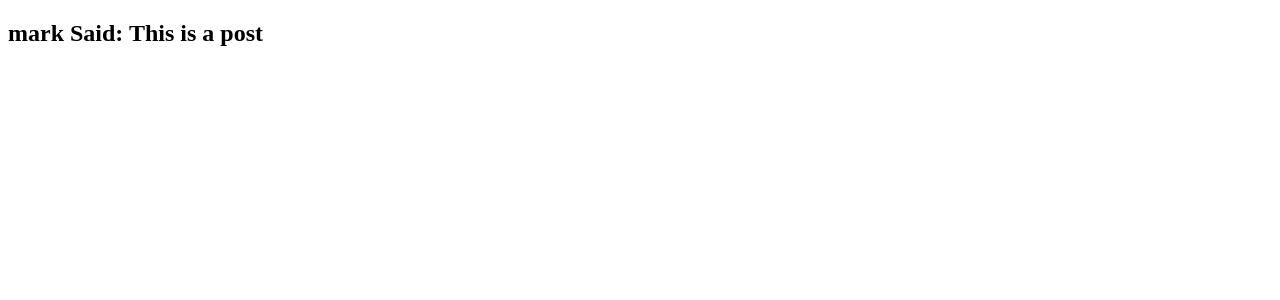
Repository: roslanPaul/social-app
Page: /
The author's editor kept a copy of each file at every save. The page is drawn from the files as they stood at one save, then again after a run of saves.
The browser window is 1280 px wide. The pictures show the whole page.
The project was rebuilt for these pictures with package versions that can differ from the ones it lists, and the page was loaded fresh each time.

Above is the page before, as saved 2019-03-14 12:23:01.

After the next 2 saves:
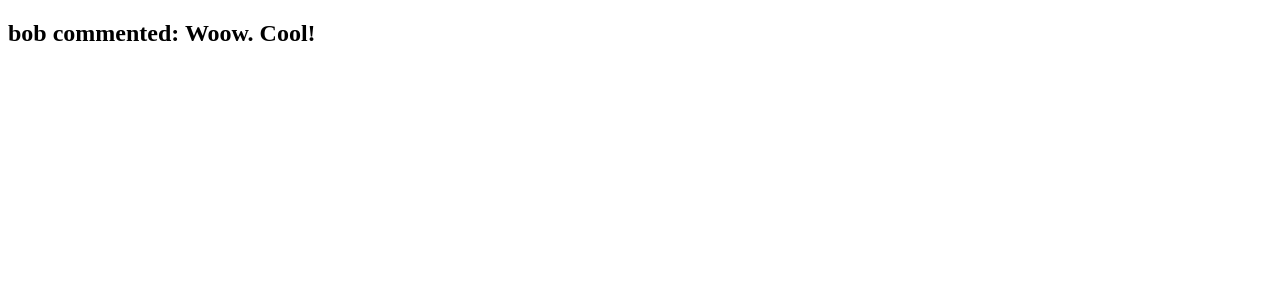
The 2 saves are shown as one change because 1 did not build or start.
The last was saved 96 s later.
--- a/src/index.js
+++ b/src/index.js
@@ -70,17 +70,10 @@
 };
 
 // add the post
-const App = React.createElement(
-    Post, {
-    id: 1,
-    content: ' Said: This is a post',
-    user: 'mark'
-    },
-    React.createElement(Comment, {
+const App = React.createElement(Comment, {
         id: 2,
         user: 'bob',
         content: ' commented: Woow. Cool!'
-    })
-);
+    });
 
 render(App, node);

After the 2 saves that followed:
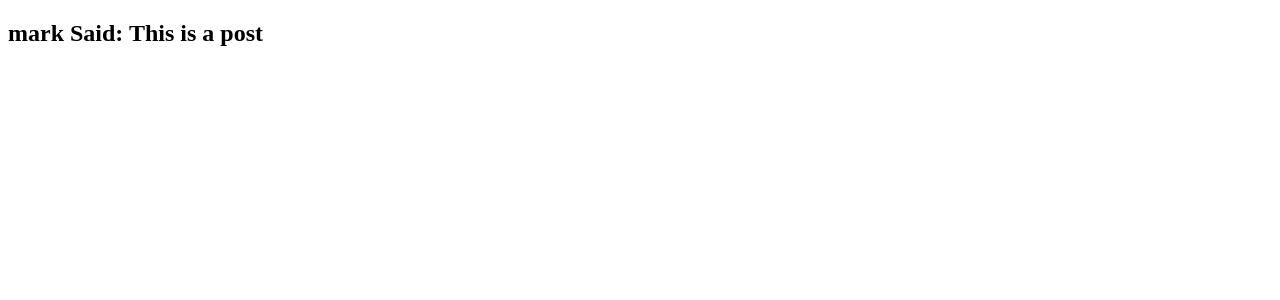
The 2 saves are shown as one change because 1 did not build or start.
The last was saved 42 s later.
--- a/src/index.js
+++ b/src/index.js
@@ -70,10 +70,17 @@
 };
 
 // add the post
-const App = React.createElement(Comment, {
+const App = React.createElement(
+    Post, {
+    id: 1,
+    content: ' Said: This is a post',
+    user: 'mark'
+    },
+    Comment, {
         id: 2,
         user: 'bob',
         content: ' commented: Woow. Cool!'
-    });
+    }
+);
 
 render(App, node);
